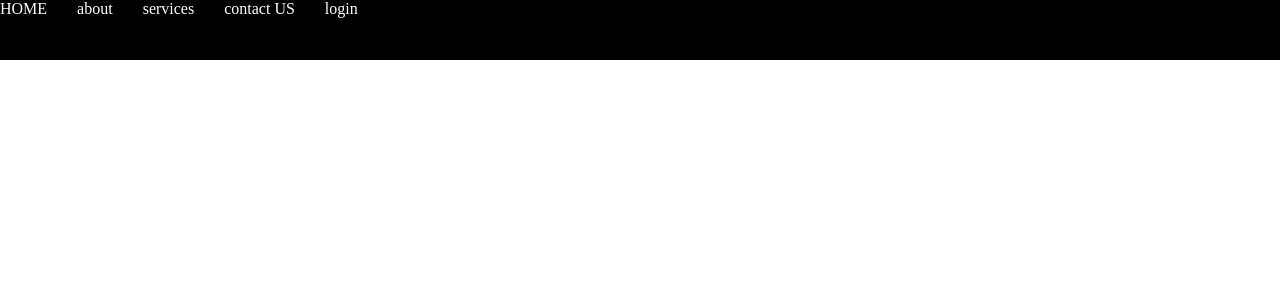
Repository: viveknaidu007/repo-166-Full-Stack-Development-Learning-Notes-Innomatics-2024
Page: module_1-html,css,bootstrap/sept_25_2024/index.html
An editor plug-in stored every save of this project. The page is shown before and after the next save, followed by the edit.
The browser window is 1280 px wide. The pictures show the whole page.

Above is the page before, as saved 2024-09-27 16:17:31.

After the next save:
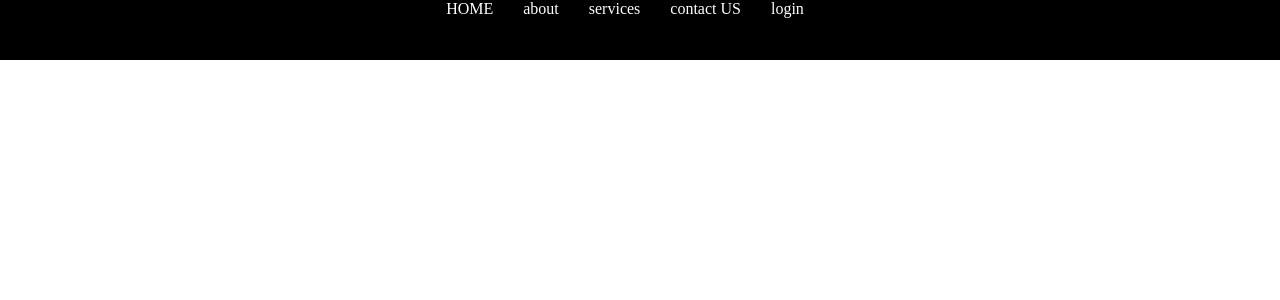
Saved 117 s later.
--- a/module_1-html,css,bootstrap/sept_25_2024/index.html
+++ b/module_1-html,css,bootstrap/sept_25_2024/index.html
@@ -18,7 +18,8 @@
         }
         *{
             margin:0px;
-            padding:0px
+            padding:0px;
+            justify-content: center;
         }
     </style>
 </head>
